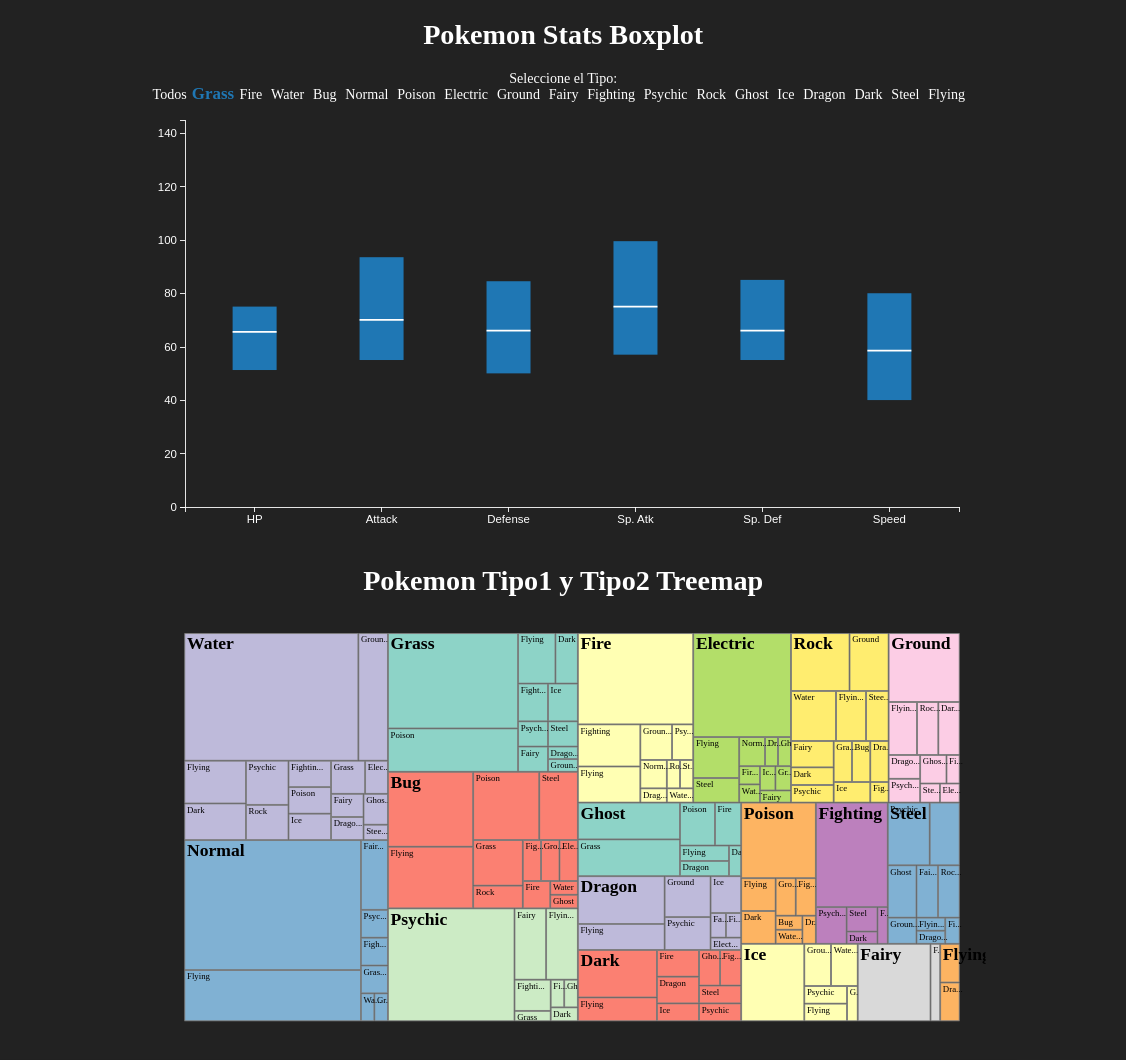
Repository: Cartterr/Proyecto-VisInfo
Page: Propuesta1_Tipos_Cajas.html
The author's editor kept a copy of each file at every save. The page is drawn from the files as they stood at one save, then again after the next save.
The browser window is 1280 px wide. The pictures show the whole page, at 88% of full size.

Above is the page before, as saved 2023-06-28 04:18:01.

### Propuesta1_Tipos_Cajas.html
<!DOCTYPE html>
<html>
<head>
    <meta charset="utf-8">
    <title>Pokemon Stats Boxplot</title>
    <script src="https://d3js.org/d3.v7.min.js"></script>
</head>

<body>
    <h1>Pokemon Stats Boxplot</h1>
    <link rel="stylesheet" href="Propuesta1_Tipos_Cajas.css">
    <div>
        <label for="typeSelect">Seleccione el Tipo:</label>
        <div class="type-list-container">
            <ul class="type-list" id="typeList"></ul>
        </div>
    </div>
    <div id="boxplot"></div>
    <h1>Pokemon Tipo1 y Tipo2 Treemap</h1>
    <div id="treemap"></div>
    <script src="Propuesta1_Tipos_Cajas.js"></script>
</body>
</html>

### Propuesta1_Tipos_Cajas.css
body {
    margin: 0 auto;
    background-color: #222;
    color: white;
    max-width: 80%;
    min-width: 500px;
    text-align: center;
}

.box {
    fill: #1f77b4;
    cursor: pointer;
    position: relative; /* Agregado */
}

.box:hover {
    fill: #456b86;
}

.tooltip {
    position: absolute;
    background-color: #fff;
    border: 1px solid #ccc;
    padding: 10px;
    pointer-events: none;
    opacity: 0;
    transition: opacity 0.3s ease-in-out;
    top: -40px; /* Agregado */
    left: 0; /* Agregado */
    width: 100px; /* Agregado */
    text-align: center; /* Agregado */
}

.box:hover .tooltip {
    opacity: 1;
}

.median {
    stroke: white;
    stroke-width: 2px;
}

.axis text {
    font-size: 13px;
}

.axis line,
.axis path {
    fill: none;
    stroke: white;
    shape-rendering: crispEdges;
}

.type-list-container {
    display: flex;
    justify-content: center;
}

.type-list {
    display: flex;
    white-space: nowrap;
    padding: 0;
    margin: 0;
    list-style-type: none;
}

.type-list li {
    margin-right: 10px;
    transition: transform 0.3s;
}

.type-list li:hover {
    transform: scale(1.1);
}

.type-list li.selected {
    transform: scale(1.2);
    font-weight: bold;
    color: #1f77b4;
}

.type-list-container {
    overflow-y: hidden;
}

.type-list {
    display: flex;
    white-space: nowrap;
    padding: 0;
    margin: 0;
    list-style-type: none;
}

.type-list li {
    margin-right: 10px;
}

text {
    font-size: 10px;
}

.text-highlight {
    font-size: 20px; /* Adjust the font size as needed */
    font-weight: bold;
    background-color: yellow; /* Adjust the background color as needed */
  }

### Propuesta1_Tipos_Cajas.js


let selectedType = 'Todos';

d3.csv("pokemon.csv").then(data => {
    const types = Array.from(new Set(data.map(d => d["Type 1"])));
    const statNames = ["HP", "Attack", "Defense", "Sp. Atk", "Sp. Def", "Speed"];

    const margin = { top: 20, right: 30, bottom: 40, left: 50 },
        width = 960 - margin.left - margin.right,
        height = 500 - margin.top - margin.bottom;

    const svg = d3.select("#boxplot")
        .append("svg")
        .attr("width", width + margin.left + margin.right)
        .attr("height", height + margin.top + margin.bottom)
        .append("g")
        .attr("transform", `translate(${margin.left},${margin.top})`);

    const x = d3.scaleBand()
        .range([0, width])
        .padding(0.1);

    const y = d3.scaleLinear()
        .range([height, 0]);

    const xAxis = d3.axisBottom(x);
    const yAxis = d3.axisLeft(y);

    svg.append("g")
        .attr("class", "axis x-axis")
        .attr("transform", `translate(0,${height})`)
        .call(xAxis);

    svg.append("g")
        .attr("class", "axis y-axis")
        .call(yAxis);

    const updateBoxPlot = (selectedType) => {
        let typeData;
        if (selectedType === 'Todos') {  // Add this condition
            typeData = data;
        } else {
            typeData = data.filter(d => d["Type 1"] === selectedType);
        }

        const typeStats = statNames.map(stat => typeData.map(d => +d[stat]));

        x.domain(statNames);
        y.domain([0, d3.max(typeStats, d => d3.max(d))]);

        svg.select(".x-axis")
            .call(xAxis);

        svg.select(".y-axis")
            .transition()
            .duration(250)
            .call(yAxis);

        const boxWidth = Math.min(50, x.bandwidth());

        svg.selectAll(".box")
            .data(typeStats)
            .join("rect")
            .transition()
            .duration(450)
            .attr("class", "box")
            .attr("x", (d, i) => x(statNames[i]) + (x.bandwidth() - boxWidth) / 2)
            .attr("width", boxWidth)
            .attr("y", d => y(d3.quantile(d, 0.75)))
            .attr("height", d => y(d3.quantile(d, 0.25)) - y(d3.quantile(d, 0.75)));

        typeList.selectAll("li")
            .classed("selected", d => d === selectedType);

        svg.selectAll(".median")
            .data(typeStats)
            .join("line")
            .transition()
            .duration(450)
            .attr("class", "median")
            .attr("x1", (d, i) => x(statNames[i]) + (x.bandwidth() - boxWidth) / 2)
            .attr("x2", (d, i) => x(statNames[i]) + (x.bandwidth() + boxWidth) / 2)
            .attr("y1", d => y(d3.median(d)))
            .attr("y2", d => y(d3.median(d)));


    };

    const typeList = d3.select("#typeList");
    typeList.selectAll("li")
        .data(['Todos'].concat(types))  // Add 'Todos' to the list
        .enter()
        .append("li")
        .text(d => d)
        .on("click", function () {
            let clickedType = d3.select(this).text();

            if (clickedType === selectedType) {
                selectedType = 'Todos';
            } else {
                selectedType = clickedType;
            }

            svgTreemap.selectAll("rect")
                .attr("opacity", d => d.parent.data.name === selectedType || selectedType === 'Todos' ? 1 : 0.3);

            updateBoxPlot(selectedType);
        });


    // Initialize with the first type
    updateBoxPlot(types[0]);

    // Add an id for each Pokemon (needed to compute hierarchy)
    data.forEach((d, i) => d.id = i);


   //TREEMAP
    const color = d3.scaleOrdinal()
    .domain(types)
    .range(d3.schemeSet3);

    // Group the data by Type 1 and Type 2
    let groupedData = d3.group(data, d => d["Type 1"], d => d["Type 2"]);

    // Convert the grouped data into a hierarchical structure
    let hierarchyData = { name: "root", children: [] };
    for (let [type1, values1] of groupedData) {
        let type1Node = { name: type1, children: [] };
        for (let [type2, values2] of values1) {
            type1Node.children.push({ name: type2, value: values2.length });
        }
        hierarchyData.children.push(type1Node);
    }


    // Building the treemap
    const root = d3.hierarchy(hierarchyData)
        .sum(d => d.value)
        .sort((a, b) => b.value - a.value);

    d3.treemap()
        .size([width, height])
        .paddingInner(1)
        (root);

    const svgTreemap = d3.select("#treemap")
        .append("svg")
        .attr("width", width + margin.left + margin.right)
        .attr("height", height + margin.top + margin.bottom)
        .append("g")
        .attr("transform", `translate(${margin.left},${margin.top})`);

    // Create a parent groups for Type 1
    const groups = svgTreemap.selectAll('g')
        .data(root.children)
        .enter()
        .append('g');

    let selectedTypeNode = null;

    // Create a subgroup for each leaf under Type 1 group
    groups.selectAll("rect")
        .data(d => d.leaves())
        .enter()
        .append("rect")
        .attr("x", d => d.x0)
        .attr("y", d => d.y0)
        .attr("width", d => d.x1 - d.x0)
        .attr("height", d => d.y1 - d.y0)
        .attr("fill", d => color(d.parent.data.name)) // color according to Type 1
        .attr("stroke", "grey")
        .attr("opacity", 1)
        .on("click", function(event, d) {
            svgTreemap.selectAll("rect")
                .attr("opacity", 0.3); // reduce opacity for all rectangles

            if (selectedTypeNode) {

                selectedTypeNode.selectAll("rect")
                    .attr("opacity", 0.3); // reset opacity for previously selected group
            }

            if (selectedTypeNode === d3.select(this.parentNode)) {
                selectedTypeNode = null;
            } else {
                selectedTypeNode = d3.select(this.parentNode);

                selectedTypeNode.selectAll("rect")
                    .attr("opacity", 1); // set full opacity for selected group
            }

            const type = d.parent.data.name; // Type 1
            selectedType = selectedType === type ? 'Todos' : type;

            svgTreemap.selectAll("rect")
                .attr("opacity", d => selectedType === 'Todos' || d.parent.data.name === selectedType ? 1 : 0.3);


            typeList.selectAll("li")
                .classed("selected", d => d === selectedType);

            updateBoxPlot(selectedType);
        });

    // Add labels for Type 2 and Type 1
    groups.selectAll("text.type2")
        .data(d => d.leaves())
        .enter()
        .append("text")
        .attr("class", "type2")
        .attr("x", d => d.x0 + 2.5)
        .attr("y", d => d.y0 + 10)
        .text(d => d.data.name.length * 6 < (d.x1 - d.x0) ? d.data.name : `${d.data.name.slice(0, (d.x1 - d.x0) / 6)}...`) // Truncate text if it doesn't fit
        .append("title")  // Tooltip to show full name on hover
        .text(d => d.data.name);

    groups.append("text")
        .attr("class", "type1 text-highlight") // Add the "text-highlight" class
        .attr("x", d => d.x0 + 2.5)
        .attr("y", d => d.y0 + 18)
        .text(d => d.data.name) // show Type 1
        .append("title") // Tooltip to show full name on hover
        .text(d => d.data.name);

});

After the next save:
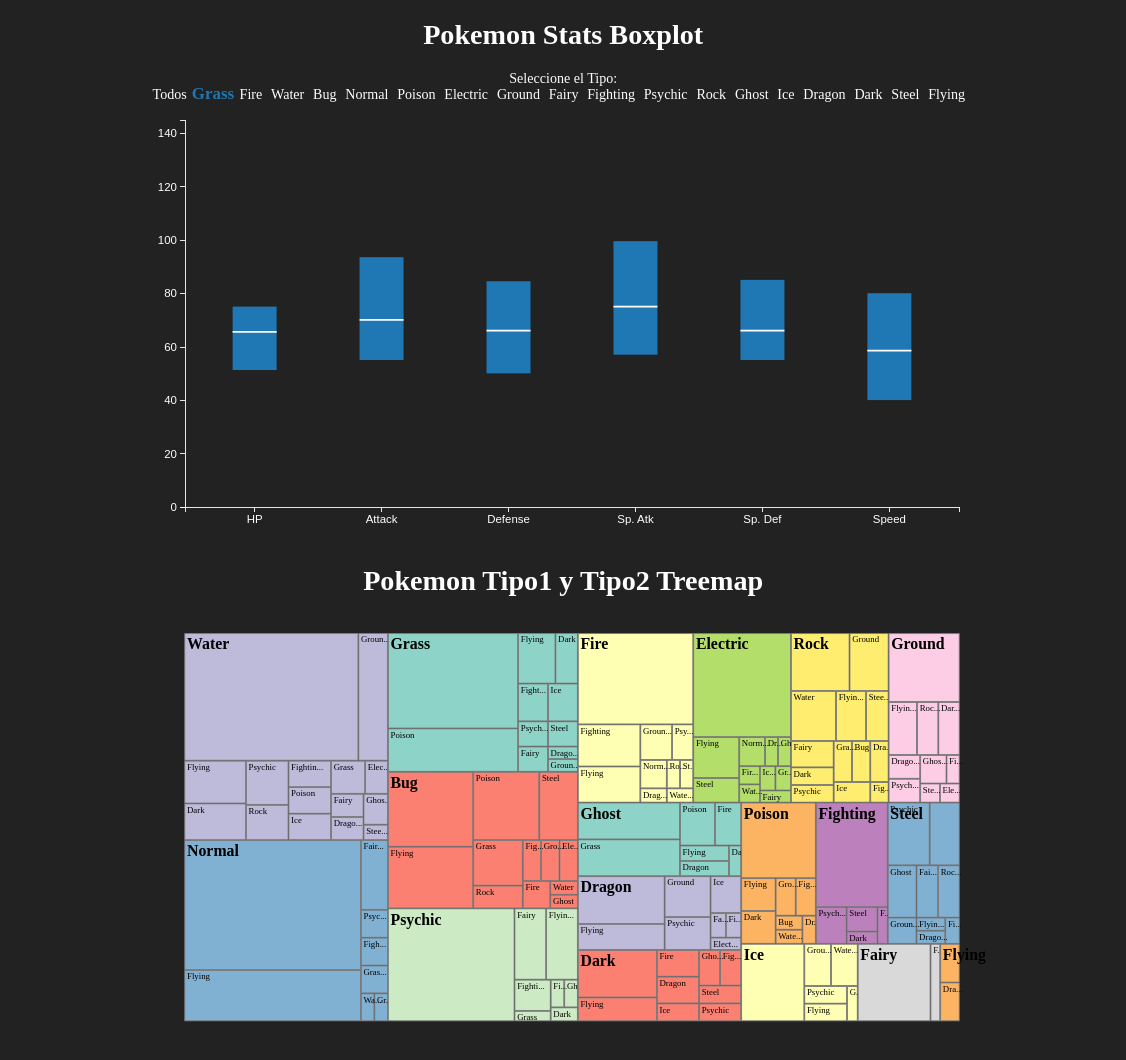
Saved 25 s later.
--- a/Propuesta1_Tipos_Cajas.css
+++ b/Propuesta1_Tipos_Cajas.css
@@ -100,7 +100,7 @@
 }
 
 .text-highlight {
-    font-size: 20px; /* Adjust the font size as needed */
+    font-size: 18px; /* Adjust the font size as needed */
     font-weight: bold;
     background-color: yellow; /* Adjust the background color as needed */
   }
